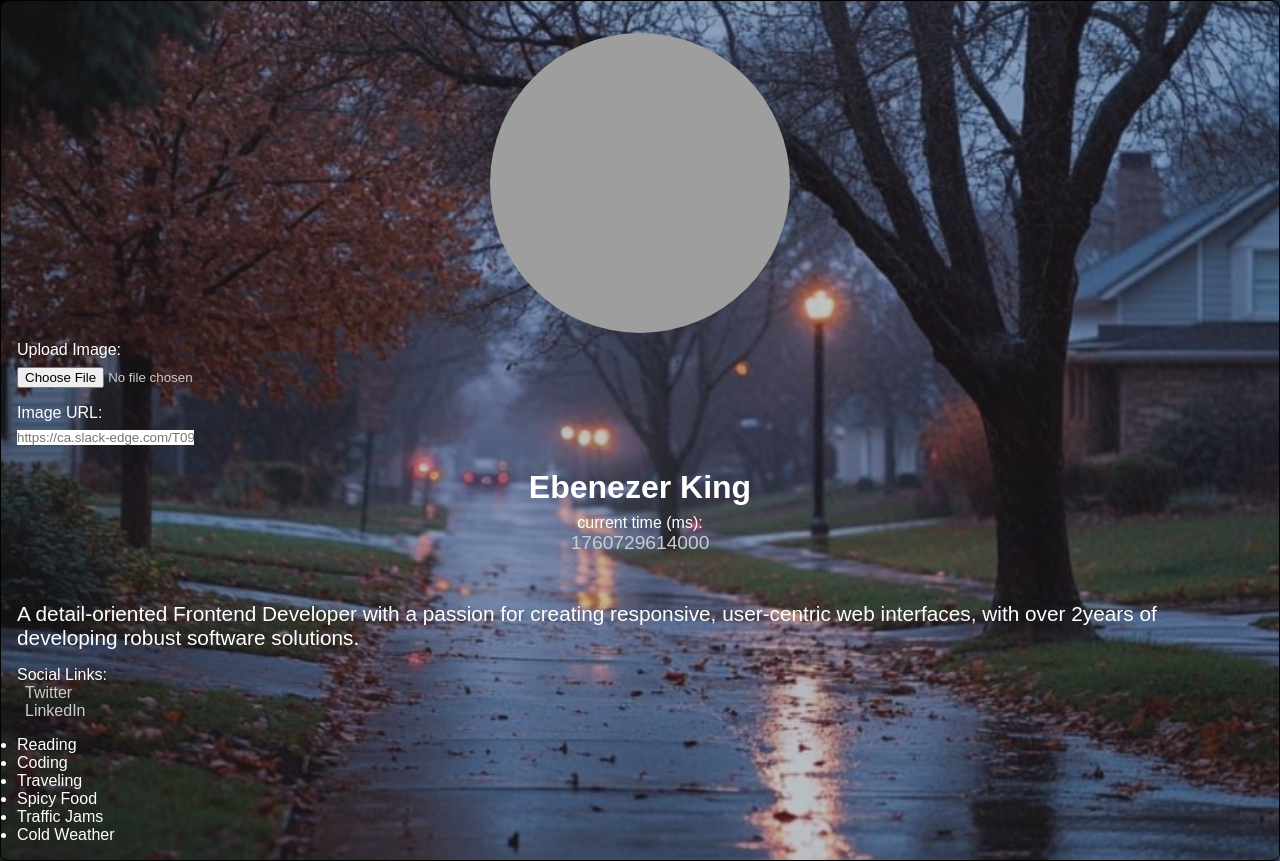
Repository: ebenezertiewei/profileCard
Page: index.html
An editor plug-in stored every save of this project. The page is shown before and after the next save, followed by the edit.
The browser window is 1280 px wide. The pictures show the whole page.
Pictures or frames that could not be fetched are drawn as grey boxes.

Above is the page before, as saved 2025-10-18 00:31:06.

After the next save:
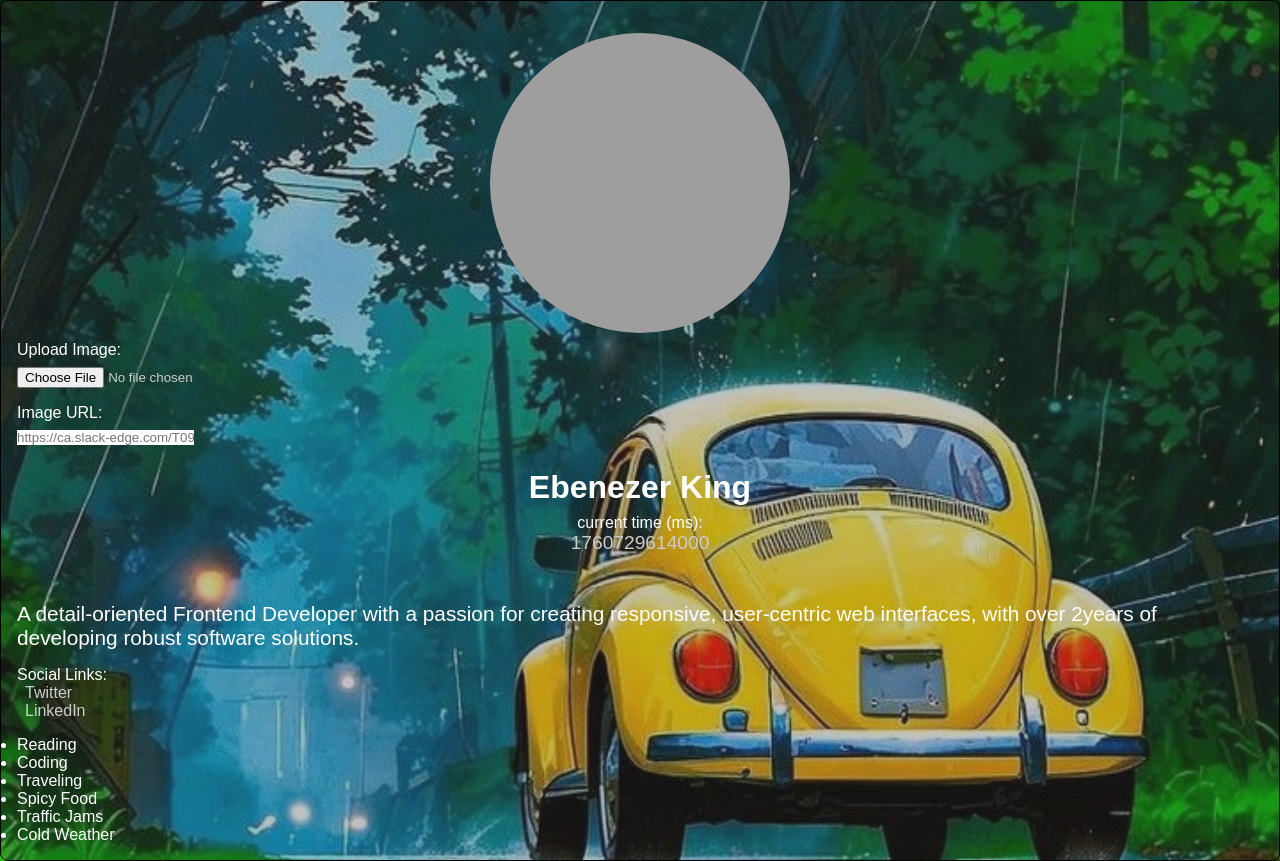
Saved 6 min 59 s later.
--- a/style.css
+++ b/style.css
@@ -8,7 +8,7 @@
 }
 body {
 	background-color: #605a5a;
-	background-image: url("./assets/states.jpg");
+	background-image: url("./assets/mini.jpg");
 	background-size: cover;
 	background-position: center;
 	background-repeat: no-repeat;

After the save that followed:
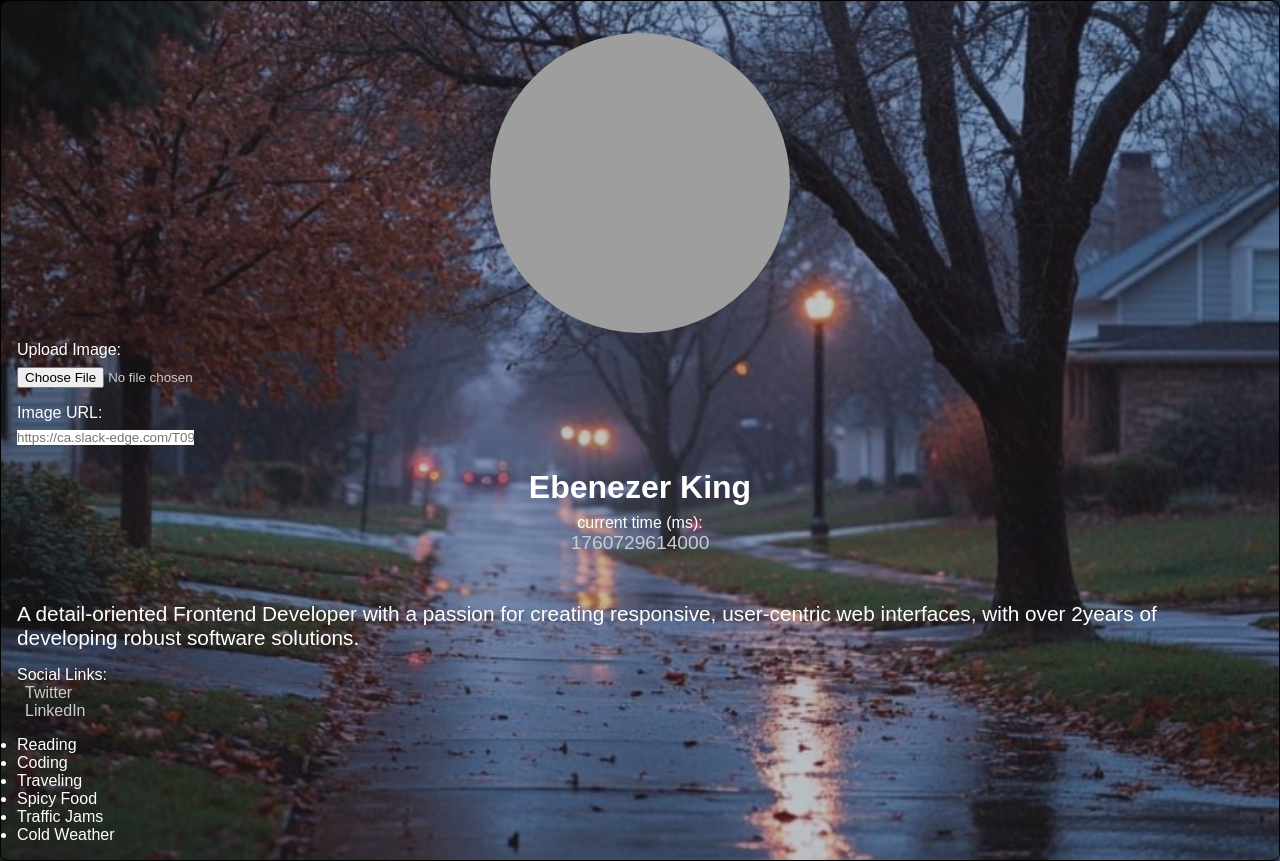
Saved 17 s later.
--- a/style.css
+++ b/style.css
@@ -8,7 +8,7 @@
 }
 body {
 	background-color: #605a5a;
-	background-image: url("./assets/mini.jpg");
+	background-image: url("./assets/states.jpg");
 	background-size: cover;
 	background-position: center;
 	background-repeat: no-repeat;
